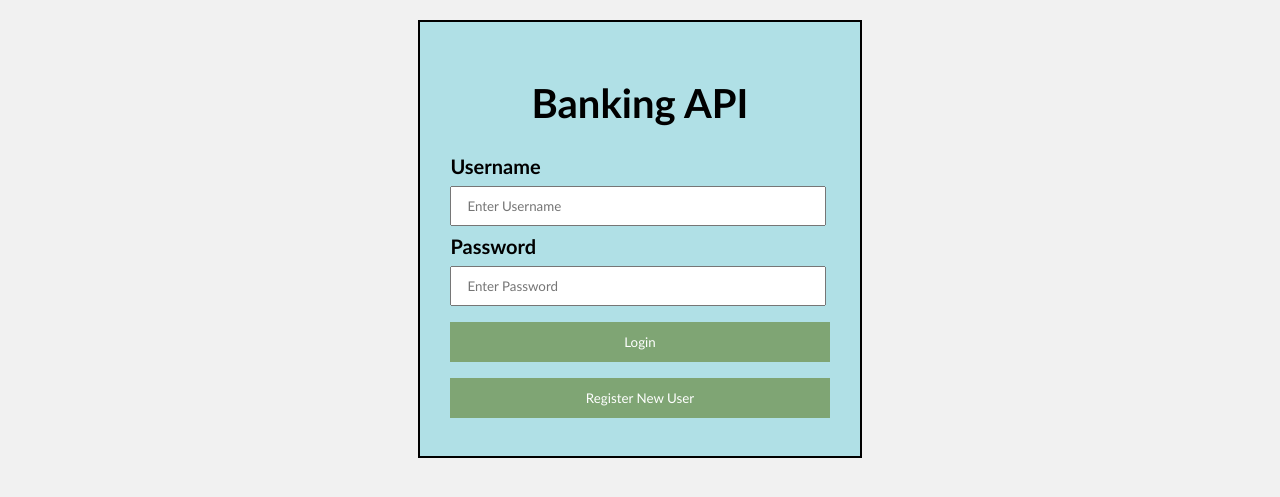
Repository: kennyufish/Revature_ROCP1_Project_Banking_API
Page: banking_api/src/main/webapp/index.html
The author's editor kept a copy of each file at every save. The page is drawn from the files as they stood at one save, then again after the next save.
The browser window is 1280 px wide. The pictures show the whole page.

Above is the page before, as saved 2020-10-11 00:32:38.

After the next save:
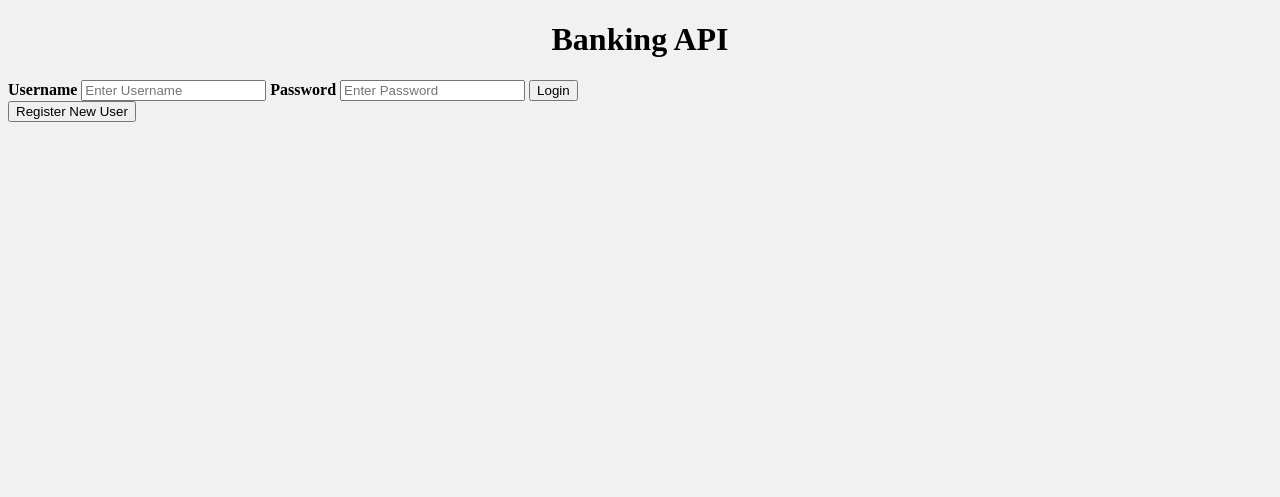
Saved 59 s later.
--- a/banking_api/src/main/webapp/index.html
+++ b/banking_api/src/main/webapp/index.html
@@ -3,58 +3,7 @@
 <head>
 <meta charset="ISO-8859-1">
 <title>Banking API Login</title>
-<style>
-* {
-	font-family: "Trebuchet MS", Arial, Helvetica, sans-serif;
-}
-
-input[type=text], input[type=password] {
-	width: 90%;
-	padding: 10px 15px;
-	margin: 8px 0;
-	display: inline-block;
-	boxing-sizing: border-box;
-}
-
-button {
-	background-color: #7FA574;
-	color: white;
-	padding: 12px 10px;
-	margin: 8px 0;
-	border: none;
-	cursor: pointer;
-	width: 100%;
-}
-
-button:hover {
-	opacity: 0.7
-}
-
-.topNoticeGreen {
-	color: black;
-	background-color: green;
-	width: 100%;
-	padding: 20px;
-	text-align: center;
-}
-
-.topNoticeWarning {
-	color: black;
-	background-color: red;
-	width: 100%;
-	padding: 20px;
-	text-align: center;
-}
-
-.loginLayout {
-	font-size: 20px;
-	background-color: powderblue;
-	border: 2px solid black;
-	padding: 30px;
-	width: 30%;
-	margin: 20px auto;
-}
-</style>
+<link rel="stylesheet">
 </head>
 <body style="background-color: #f1f1f1">
 	<div class="loginLayout">
